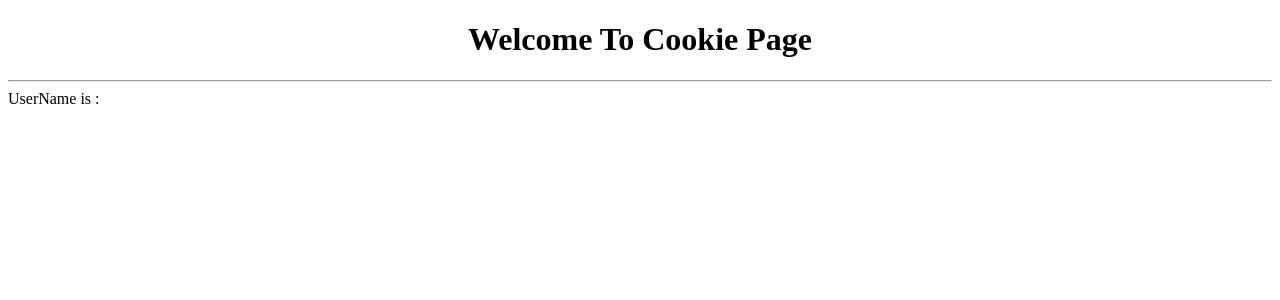
Repository: Ramakrishnmagadum/Testing_Branch
Page: http://localhost/SesssionManagement/cookieAnnotation
An editor plug-in stored every save of this project. The page is shown before and after the next save, followed by the edit.
The browser window is 1280 px wide. The pictures show the whole page.
The page is served by Tomcat 9. Other server files are loaded and not shown.

Above is the page before, as saved 2025-05-01 18:41:51.

### SesssionManagement/src/main/webapp/WEB-INF/view/cookieAnnotation.jsp
<%@ page language="java" contentType="text/html; charset=ISO-8859-1"
	pageEncoding="ISO-8859-1" isELIgnored="false" %>
<%@ taglib prefix="form" uri="http://www.springframework.org/tags/form"%><!-- This is Form Tag Lib  -->
<!DOCTYPE html>
<html>
<head>
<meta charset="ISO-8859-1">
<title>Page</title>
</head>
<body>
	<center>
		<h1>Welcome To Cookie Page</h1>
	</center>
	<hr>
	UserName is : ${username}
</body>
</html>

### SesssionManagement/src/main/java/HttpsessionByAnnotation/StudentBean.java
package CookieSessionManagement;

public class StudentBean {
	private String username;
	private String crushname;
	public String getUsername() {
		return username;
	}
	public void setUsername(String username) {
		this.username = username;
	}
	public String getCrushname() {
		return crushname;
	}
	public void setCrushname(String crushname) {
		this.crushname = crushname;
	}
}

After the next save:
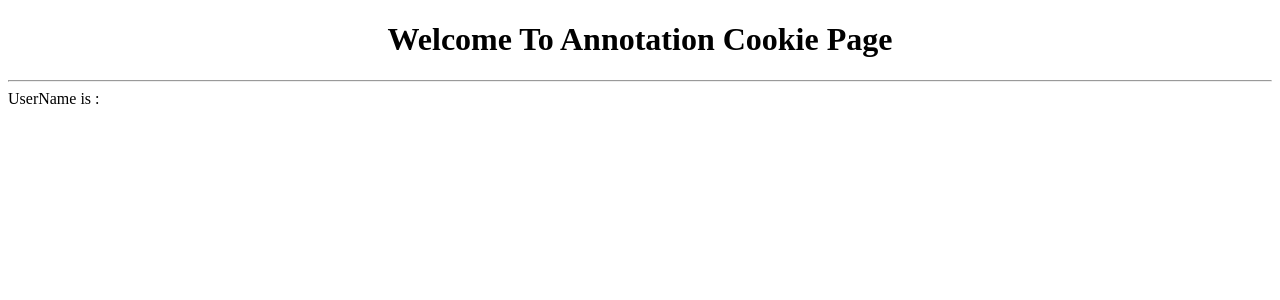
Saved 29 min 56 s later.
--- a/SesssionManagement/src/main/webapp/WEB-INF/view/cookieAnnotation.jsp
+++ b/SesssionManagement/src/main/webapp/WEB-INF/view/cookieAnnotation.jsp
@@ -9,7 +9,7 @@
 </head>
 <body>
 	<center>
-		<h1>Welcome To Cookie Page</h1>
+		<h1>Welcome To Annotation Cookie Page</h1>
 	</center>
 	<hr>
 	UserName is : ${username}
